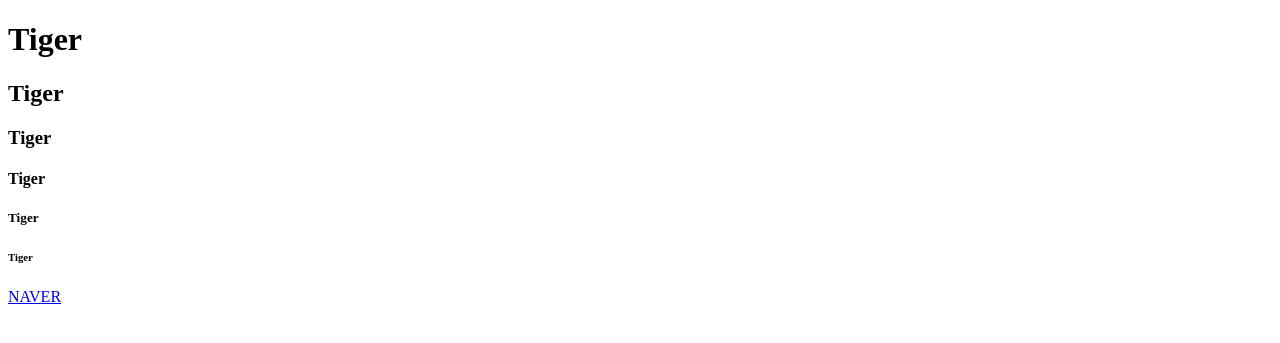
Repository: soobin10236/Class
Page: Web02/src/main/webapp/index.html
These files come from the project's save history. The page is drawn as it stood at one moment and after the next save; the edit follows.
The browser window is 1280 px wide. The pictures show the whole page.

Above is the page before, as saved 2021-09-06 04:51:58.

### Web02/src/main/webapp/index.html
<!DOCTYPE html>
<html>
<head>
<meta charset="EUC-KR">
<title>Insert title here</title>
</head>
<body>
	<h1>Tiger</h1>
	<h2>Tiger</h2>
	<h3>Tiger</h3>
	<h4>Tiger</h4>
	<h5>Tiger</h5>
	<h6>Tiger</h6>
	<a href="https://www.naver.com">NAVER</a>
</body>
</html>

After the next save:
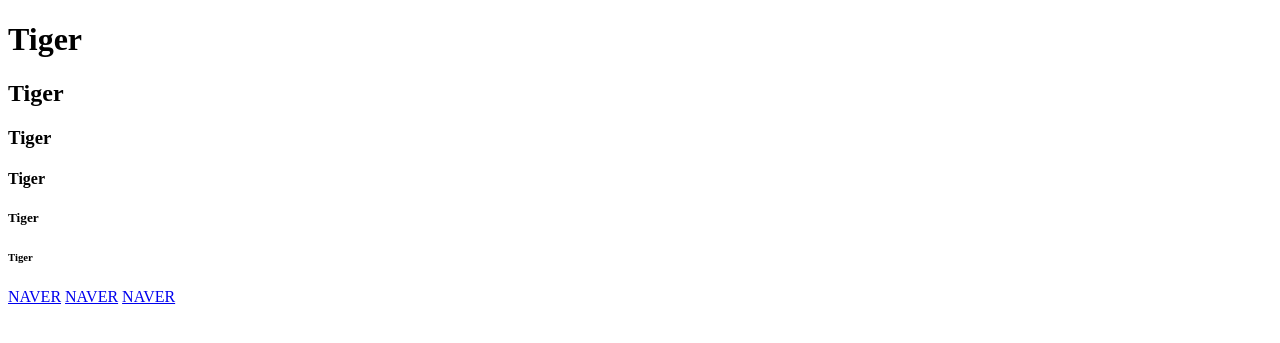
Saved 8 s later.
--- a/Web02/src/main/webapp/index.html
+++ b/Web02/src/main/webapp/index.html
@@ -12,5 +12,7 @@
 	<h5>Tiger</h5>
 	<h6>Tiger</h6>
 	<a href="https://www.naver.com">NAVER</a>
+	<a href="https://www.naver.com">NAVER</a>
+	<a href="https://www.naver.com">NAVER</a>
 </body>
 </html>

After the save that followed:
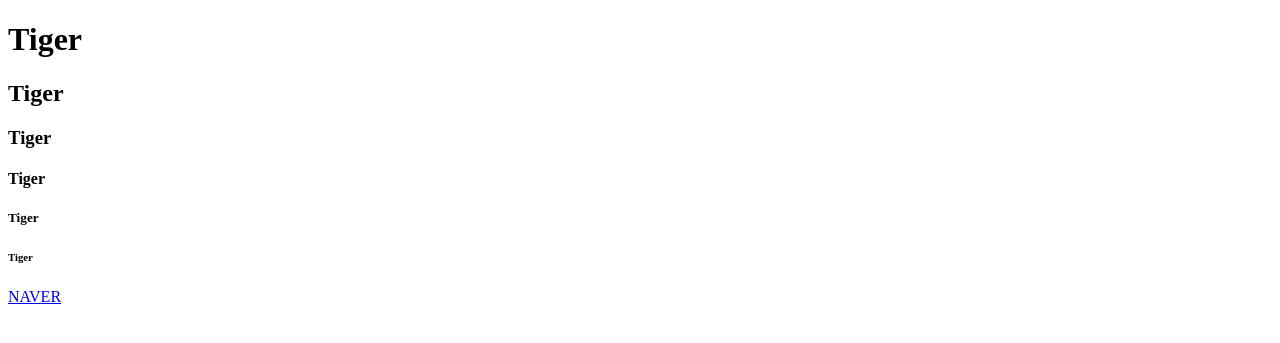
Saved 18 s later.
--- a/Web02/src/main/webapp/index.html
+++ b/Web02/src/main/webapp/index.html
@@ -12,7 +12,5 @@
 	<h5>Tiger</h5>
 	<h6>Tiger</h6>
 	<a href="https://www.naver.com">NAVER</a>
-	<a href="https://www.naver.com">NAVER</a>
-	<a href="https://www.naver.com">NAVER</a>
 </body>
 </html>
